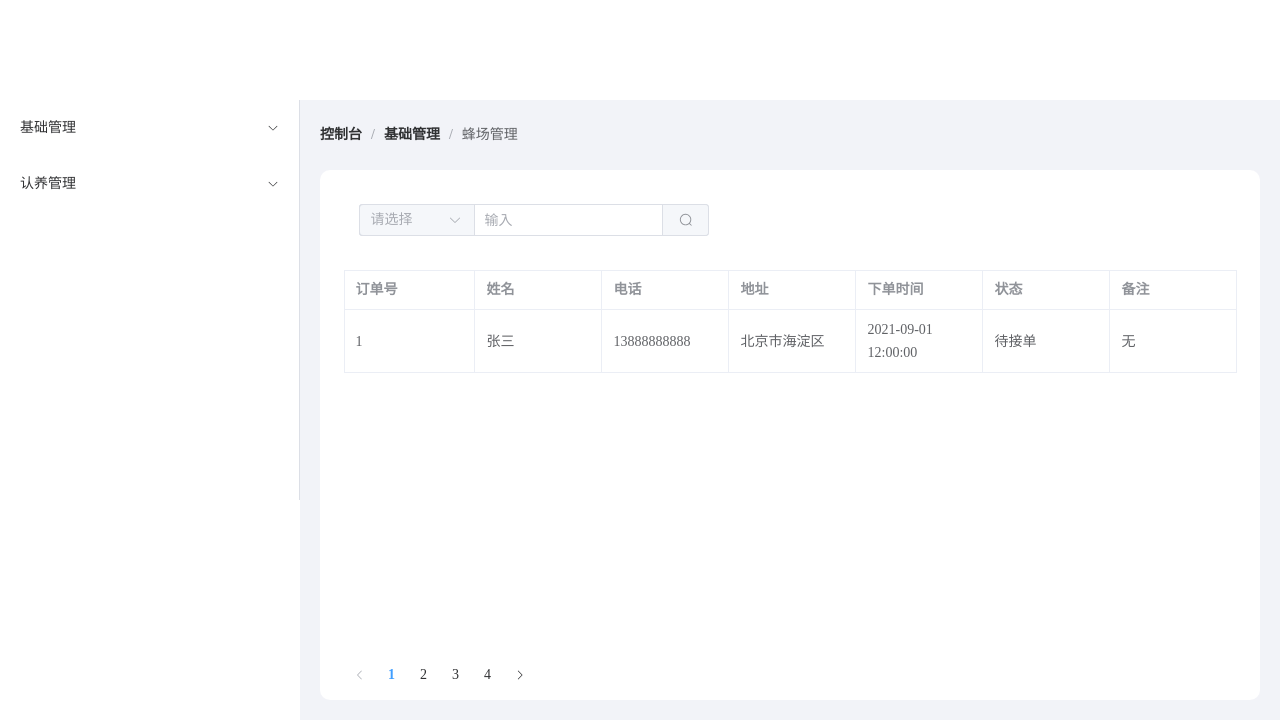
Repository: secret47/test-office-demo
Page: /dashboard/order/list
An editor plug-in stored every save of this project. The page is shown before and after the next save, followed by the edit.
The browser window is 1280 px wide. The pictures show the whole page.
The project was rebuilt for these pictures with package versions that can differ from the ones it lists, and the page was loaded fresh each time. Also part of the build but not shown: vite.config.js.

Above is the page before, as saved 2024-10-30 11:09:45.

### src/main.js
import { createApp } from 'vue'
import '@/style/main.scss'
import App from './App.vue'
import router from './router'

import lang from "./local"


import ElementPlus from "element-plus";
import 'element-plus/dist/index.css'
import * as ElementPlusIconsVue from '@element-plus/icons-vue'

const app = createApp(App);

for (const [key, component] of Object.entries(ElementPlusIconsVue)) {
    app.component(key, component)
}

app.use(lang)
app.use(ElementPlus)
app.use(router)
app.mount('#app')

### src/style/main.scss
* {
    padding: 0;
    margin: 0;
}

html,
body {
    width: 100%;
    height: 100%;
    background: #ffffff;
}

#app {
    width: 100%;
    height: 100%;
}

.main-container {
    width: 100%;
    height: 100%;
}

//顶部搜索
.searchBox {
    width: calc(95% - 30px);
    height: 70px;
    margin: 0 auto;
    padding: 15px;
    display: flex;
    flex-direction: column;
    justify-content: center;

    .new {
        width: 130px;
    }
    .item{
        width:350px;
    }
}

.list {
    width: 95%;
    height: calc(100% - 100px);
    margin: 0 auto;

    .tables {
        width: 100%;
        height: calc(100% - 50px);
    }

    .pages {
        width: 100%;
        height: 50px;
        display: flex;
        flex-direction: column;
        justify-content: center;

    }
}

### src/App.vue
<template>
  <!-- <div> -->
    <router-view />
  <!-- </div> -->
</template>

### src/router/index.js
import { createRouter, createWebHistory } from 'vue-router'
import layouts from "../layouts/index.vue"

const routes = [
    {
        path: '/',
        name: 'Login',
        component: () => import('@/views/login.vue'),
    },
    // 其他路由...
    {
        path: "/dashboard",
        name: "Dashboard",
        component: layouts,
        meta: {
            title: "控制中心"
        },
        children: [
            {
                path: "basic",
                name: "Basic",
                meta: {
                    title: "基础管理"
                },
                component: () => import("@/views/dashboard/basic/index.vue"),
                children: [
                    {
                        path: "farm",
                        name: "farm",
                        meta: {
                            title: "蜂场管理"
                        },
                        component: () => import("@/views/dashboard/basic/farm/index.vue"),
                    }
                ]

            },
            {
                path: "adopt",
                name: "Adopt",
                meta: {
                    title: "认养管理"
                },
                component: () => import("@/views/dashboard/adopt/index.vue"),
                children: [
                    {
                        path: "price",
                        name: "Price",
                        meta: {
                            title: "价格管理"
                        },
                        component: () => import("@/views/dashboard/adopt/price/index.vue"),
                    }
                ]
            },
            {
                path:"order",
                name: "Order",
                meta:{
                    title: "订单管理"
                },
                component: () => import("@/views/dashboard/order/index.vue"),
                children:[
                    {
                        path: "list",
                        name: "OrderList",
                        meta: {
                            title: "订单列表"
                        },
                        component: () => import("@/views/dashboard/order/list/index.vue"),
                    }
                ]
            },
            {
                path: "user",
                name: "User",
                meta: {
                    title: "用户管理"
                },
                component: () => import("@/views/dashboard/user/index.vue"),
            },

        ]
    }
]

const router = createRouter({
    history: createWebHistory(),
    routes
})

export default router

### src/local/index.js
import { createI18n } from "vue-i18n";

import message from "./language"
const i18n = createI18n({
    locale: "zh",
    fallbackLocale: "zh",
    messages: message
})

export default i18n;

### src/layouts/index.vue
<template>
    <div class="layout">
        <el-container>
            <el-aside width="300px" class="side">
                <div class="logo"></div>
                <MenuComponent />
            </el-aside>
            <el-container class="container">
                <el-header>
                    <el-icon @click="toggleCollapse" class="toggle-icon">
                        <i class="toggle-icon-class"></i>
                    </el-icon>
                </el-header>
                <el-main>
                    <div class="bread">
                        <el-breadcrumb separator="/">
                            <el-breadcrumb-item :to="{ path: '/' }">控制台</el-breadcrumb-item>
                            <el-breadcrumb-item><a href="/">基础管理</a></el-breadcrumb-item>
                            <el-breadcrumb-item>蜂场管理</el-breadcrumb-item>
                        </el-breadcrumb>
                    </div>
                    <div class="main">
                        <router-view></router-view>
                    </div>
                </el-main>
            </el-container>
        </el-container>
    </div>
</template>

<script setup>
import MenuComponent from "./components/menu.vue"
import { ref } from 'vue';
const isCollapse = ref(false);
const toggleCollapse = () => {
    isCollapse.value = !isCollapse.value;
};
</script>

<style lang="scss" scoped>
.layout {
    width: 100%;
    height: 100%;

    .el-container {
        width: 100%;
        height: 100%;
    }

    .side {
        height: 100%;

        .logo {
            width: 100%;
            height: 100px;
        }
    }

    .container {
        width: calc(100% - 300px);
        height: 100%;

        .el-header {
            width: 100%;
            height: 100px;
            background: #ffffff;
        }

        .el-main {
            background: #F2F3F8;
            padding-top: 0;
            .bread {
                width: 100%;
                height: 70px;
                display: flex;
                flex-direction: column;
                justify-content: center;
            }

            .main {
                width: 100%;
                height: calc(100% - 70px);
                background: #ffffff;
                border-radius: 10px;
            }
        }
    }
}
</style>

### src/views/dashboard/order/list/index.vue
<template>
    <div class="main-container">
        <div class="searchBox">
            <div class="item">
                <el-input v-model="input3" placeholder="输入" class="input-with-select">
                    <template #prepend>
                        <el-select v-model="select" placeholder="请选择" style="width: 115px">
                            <el-option label="Restaurant" value="1" />
                            <el-option label="Order No." value="2" />
                            <el-option label="Tel" value="3" />
                        </el-select>
                    </template>
                    <template #append>
                        <el-button :icon="Search" />
                    </template>
                </el-input>
            </div>
        </div>
        <div class="list">
            <div class="tables">
                <el-table border :data="orderList">
                    <el-table-column prop="id" label="订单号" />
                    <el-table-column prop="name" label="姓名" />
                    <el-table-column prop="tel" label="电话" />
                    <el-table-column prop="address" label="地址" />
                    <el-table-column prop="time" label="下单时间" />
                    <el-table-column prop="status" label="状态" />
                    <el-table-column prop="remark" label="备注" />
                </el-table>
            </div>
            <div class="pages">
                <el-pagination layout="prev, pager, next" :total="40" />
            </div>
        </div>
    </div>
</template>
<script setup>
import { Search } from '@element-plus/icons-vue'
import { ref,reactive } from "vue"

const orderList  = reactive([
    {
        id:1,
        name:'张三',
        tel:'13888888888',
        address:'北京市海淀区',
        time:'2021-09-01 12:00:00',
        status:'待接单',
        remark:'无'
    }
])
const input3 = ref('')
const select = ref('')
</script>

### src/local/language/index.js
import zh from "./zh"
import en from "./en"

export default {
    ...en,
    ...zh
}

### src/layouts/components/menu.vue
<template>
    <el-menu class="menu">
        <el-sub-menu index="1" :collapse="isCollapse">
            <template #title>基础管理</template>
            <el-menu-item index="1-1">蜂场管理</el-menu-item>
            <el-menu-item index="1-2">蜂箱管理</el-menu-item>
        </el-sub-menu>
        <el-sub-menu index="2">
            <template #title>认养管理</template>
            <el-menu-item index="2-1">认养设置</el-menu-item>
        </el-sub-menu>
    </el-menu>
</template>

<script setup>
import { ref } from 'vue';
const isCollapse = ref(false);
</script>

<style lang="scss" scoped>
.menu:not(.el-menu--collapse) {
    width: 300px;
    min-height: 400px;
}
</style>

### src/local/language/zh.js
export default{
    zh:{
        title:"后台管理系统",
        login:"登录",
        username:"用户名",
        password:"密码",
        remember:"记住密码",
        forget:"忘记密码",
        save:"保存",
        confirm:"确定",
        cancel:"取消",
        delete:"删除",
        show:"查看",
        open:"打开"
    }
}

### src/local/language/en.js
export default{
    en:{
        title:"system management"
    }
}

Loaded but not shown: index.html (common file); src/views/dashboard/order/index.vue (common file)

After the next save:
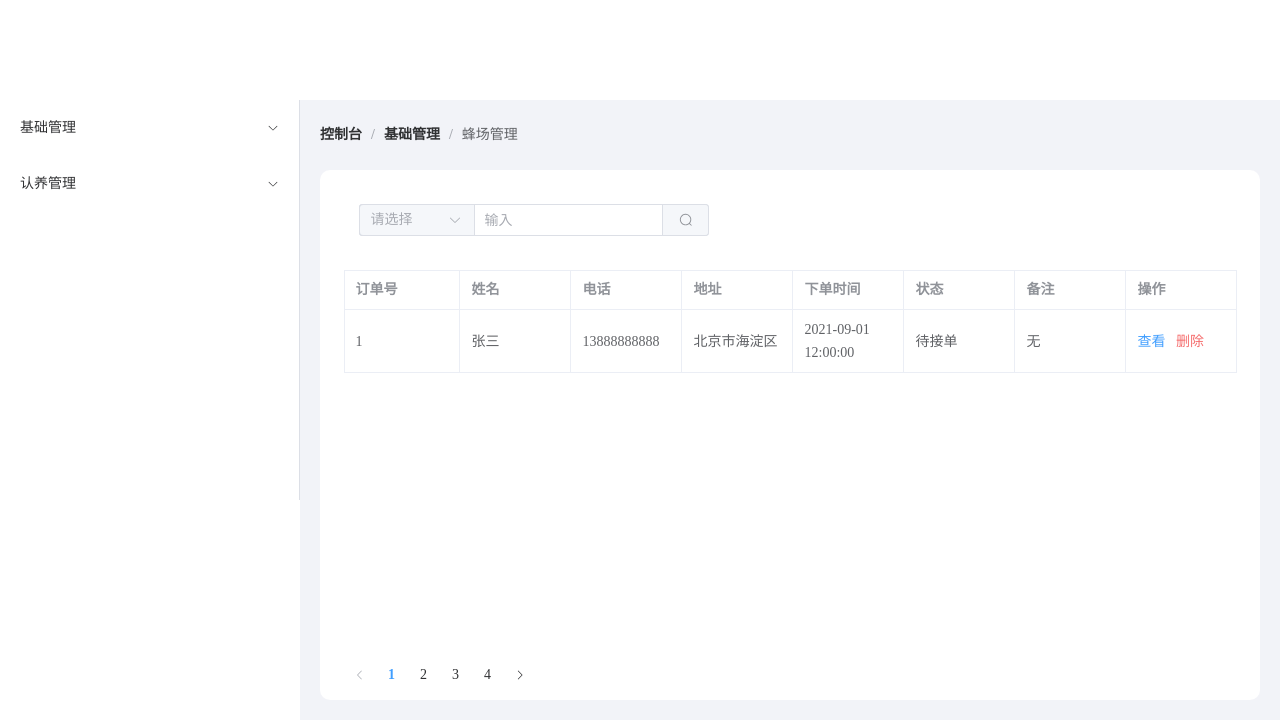
Saved 23 min 46 s later.
--- a/src/views/dashboard/order/list/index.vue
+++ b/src/views/dashboard/order/list/index.vue
@@ -26,6 +26,13 @@
                     <el-table-column prop="time" label="下单时间" />
                     <el-table-column prop="status" label="状态" />
                     <el-table-column prop="remark" label="备注" />
+                    <el-table-column label="操作">
+                        <template #default="scope">
+                            <el-link type="primary">查看</el-link>
+                            &nbsp;
+                            <el-link type="danger">删除</el-link>
+                        </template>
+                    </el-table-column>
                 </el-table>
             </div>
             <div class="pages">
@@ -36,17 +43,17 @@
 </template>
 <script setup>
 import { Search } from '@element-plus/icons-vue'
-import { ref,reactive } from "vue"
+import { ref, reactive } from "vue"
 
-const orderList  = reactive([
+const orderList = reactive([
     {
-        id:1,
-        name:'张三',
-        tel:'13888888888',
-        address:'北京市海淀区',
-        time:'2021-09-01 12:00:00',
-        status:'待接单',
-        remark:'无'
+        id: 1,
+        name: '张三',
+        tel: '13888888888',
+        address: '北京市海淀区',
+        time: '2021-09-01 12:00:00',
+        status: '待接单',
+        remark: '无'
     }
 ])
 const input3 = ref('')
